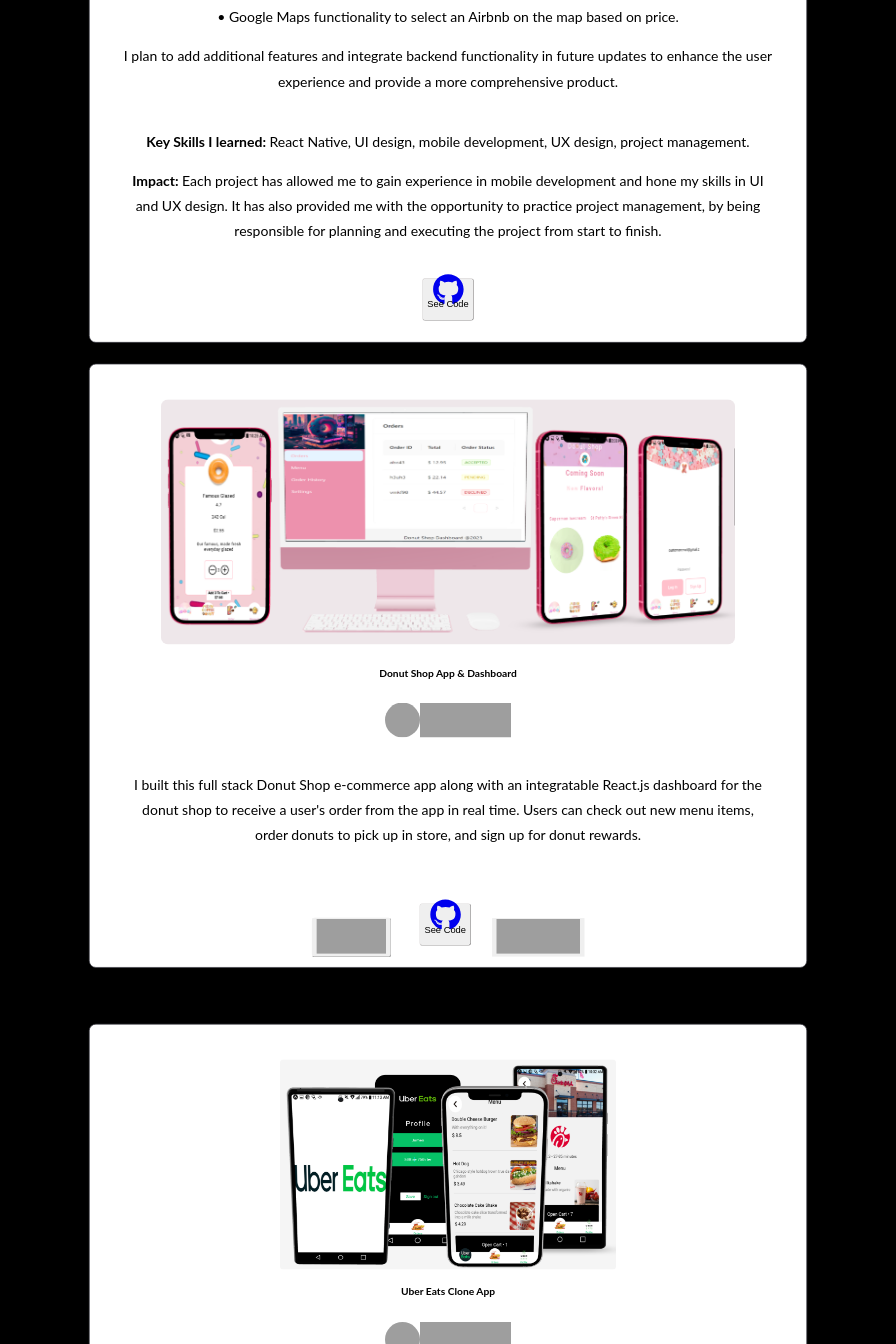
Repository: JamesPesenti/portfolio
Page: /
These files come from the project's save history. The page is drawn as it stood at one moment and after the next save; the edit follows.
The browser window is 1280 px wide. The pictures show the part of the page from y = 2312 to 4232 px (the page is 6929 px tall), at 70% of full size.
Pictures or frames that could not be fetched are drawn as grey boxes. The project was rebuilt for these pictures with package versions that can differ from the ones it lists, and the page was loaded fresh each time. Imported but missing from the stored project, and not drawn on this page: src/Components/James Pesenti Resume 2023.pdf.

Above is the page before, as saved 2023-05-05 17:10:29.

### public/index.html
<!DOCTYPE html>
<html lang="en">
  <head>
    <meta charset="utf-8" />
    <link rel="" href="" />
    <meta name="viewport" content="width=device-width, initial-scale=1" />
    <meta name="theme-color" content="#000000" />
    <meta name="description" content="James Pesenti Portfolio 2022" />
    <link rel="apple-touch-icon" href="" />
    <link rel="manifest" href="%PUBLIC_URL%/manifest.json" />

    <title>Portfolio 2023</title>

  </head>
  <body>
    <div id="root"></div>
  </body>
</html>

### src/Components/Scroll.jsx
import React from 'react'
import '../CSS/App.css';


const Scroll = () => {

  return (
    <>

        <div style={{marginBottom: 400, justifyContnent: 'center'}} id="section09" class="demo">
          <a href="#parallaxContainer">
            <span></span>
            Scroll down to see my work
          </a>
        </div>

    </>
  )
}

export default Scroll

### src/Components/MyProjects.jsx
import UberGoogleButton from "../Components/UberGoogleButton"
import AstonGoogleButton from "./AstonGoogleButton"
import AstonAppleButton from "./AstonAppleButton"
import BarceGoogleButton from "../Components/BarceGoogleButton"
import BarceAppleButton from "./BarceAppleButton"
import { FaGithub } from "react-icons/fa";

const MyProjects = () => {
  return (

  <>
    <div id="parallaxContainer">

    {/* Airbnb Clone */}
    <div style={{ justifyContent: 'center', alignItems: 'center',  width: "80%", borderRadius: 10}} className="box">
            <div>
                <img style={{ borderRadius: 10, marginTop: 50, marginBottom: -35, width: "48%", height: 350, transition: ".7s", }} src="images/mockrocket-capture (11).png" />
            </div>
            <h4 style={{textAlign: 'center'}}>Airbnb Clone App</h4>
                <div style={{flexDirection: "row", padding: 10, borderRadius: 10, marginBottom: -40,}}>
                  <img style={{width: 50, height: 50, borderRadius: 50}} src="https://i.pinimg.com/originals/8a/02/1a/8a021aa097236b42dd71fb731e3d894d.gif"/>
                  <img style={{width: 80, height: 50, }} src="https://www.datocms-assets.com/45470/1631026680-logo-react-native.png"  />
                  {/* <img style={{width: 50, height: 50, }} src="https://pbs.twimg.com/profile_images/1114309924551417856/FKA4cm2x_400x400.png"  /> */}
                </div>
            <p style={{fontSize: 20, textAlign: 'center', padding: 40, marginBottom: -50}}>I created a mobile app clone of the popular Airbnb platform using React Native. Currently, the project includes a functional UI that mimics the 2022 Airbnb interface, with features such as</p>
            <p style={{fontSize: 20, textAlign: 'center', padding: 0}}>&#8226; Google autocomplete search</p>
            <p style={{fontSize: 20, textAlign: 'center', padding: 0,}}>&#8226; Property detail screens</p>
            <p style={{fontSize: 20, textAlign: 'center', padding: 0}}>&#8226; Image carousel with pagination</p>
            <p style={{fontSize: 20, textAlign: 'center', padding: 0}}> &#8226; Google Maps functionality to select an Airbnb on the map based on price.</p>
            <p style={{fontSize: 20, textAlign: 'center', padding: 0}}>I plan to add additional features and integrate backend functionality in future updates to enhance the user experience and provide a more comprehensive product.</p>
            <p style={{fontSize: 20, textAlign: 'center', padding: 30, marginBottom: -80}}><b> Key Skills I learned: </b>React Native, UI design, mobile development, UX design, project management.</p>
            <p style={{fontSize: 20, textAlign: 'center', padding: 50}}><b> Impact: </b> Each project has allowed me to gain experience in mobile development and hone my skills in UI and UX design. It has also provided me with the opportunity to practice project management, by being responsible for planning and executing the project from start to finish.</p>

            <div style={{flexDirection: "row"}}>
                {/* <UberGoogleButton  /> */}
                <button style={{marginTop: 10}} type="button" className="codeButton">
                  <a href="https://github.com/JamesPesenti/Airbnb" target="_blank" rel="noopener noreferrer">
                    <FaGithub  size={45} style={{ marginTop: -80, marginBottom: -25, justifyContent: "center", textAlign: "center"}} />
                  </a>
                  <p>See Code</p>
                </button>
                {/* <AstonAppleButton  /> */}
            </div>

        </div>


     {/* Donut Shop App */}
     <div style={{marginTop: 30, marginBottom: 20, justifyContent: 'center', alignItems: 'center',  width: "80%", borderRadius: 10}} className="box">
            <div>
                <img style={{ borderRadius: 10, marginTop: 50, width: "80%", height: 350, transition: ".7s", }} src="/images/appAndDashMock.png" />
            </div>
            <h4 style={{textAlign: 'center'}}>Donut Shop App & Dashboard</h4>
                <div style={{flexDirection: "row", padding: 10, borderRadius: 10, marginBottom: -40,}}>
                  <img style={{width: 50, height: 50, borderRadius: 50}} src="https://i.pinimg.com/originals/8a/02/1a/8a021aa097236b42dd71fb731e3d894d.gif"/>
                  <img style={{width: 80, height: 50, }} src="https://www.datocms-assets.com/45470/1631026680-logo-react-native.png"  />
                  <img style={{width: 50, height: 50, }} src="https://pbs.twimg.com/profile_images/1114309924551417856/FKA4cm2x_400x400.png"  />
                </div>
            <p style={{fontSize: 20,textAlign: 'center', padding: 50}}>I built this full stack Donut Shop e-commerce app along with an integratable React.js dashboard for the donut shop to receive a user's order from the app in real time. Users can check out new menu items, order donuts to pick up in store, and sign up for donut rewards.</p>

            <div style={{flexDirection: "row"}}>
                <UberGoogleButton  />
                <button style={{marginTop: 40}} type="button" className="codeButton">
                  <a href="https://github.com/JamesPesenti/Donut_Shop" target="_blank" rel="noopener noreferrer">
                    <FaGithub  size={45} style={{ marginTop: -80, marginBottom: -25, justifyContent: "center", textAlign: "center"}} />
                  </a>
                  <p>See Code</p>
                </button>
                <AstonAppleButton  />
            </div>

        </div>


    {/* Uber Eats App */}
    <div style={{marginTop: 80, marginBottom: 60, justifyContent: 'center', alignItems: 'center',  width: "80%", borderRadius: 10}} className="box">
            <div className="imgWrapper" style={{width: 480, height: 350}}>
                <img style={{ borderRadius: 5, marginTop: 50, width: "100%", height: 300, transition: ".7s", }} src="/images/UberEatsLast.png" />
            </div>
            <h4 style={{textAlign: 'center'}}>Uber Eats Clone App</h4>
                <div style={{flexDirection: "row", padding: 10, borderRadius: 10, marginBottom: -40,}}>
                  <img style={{width: 50, height: 50, borderRadius: 50}} src="https://i.pinimg.com/originals/8a/02/1a/8a021aa097236b42dd71fb731e3d894d.gif"/>
                  <img style={{width: 80, height: 50, }} src="https://www.datocms-assets.com/45470/1631026680-logo-react-native.png"  />
                  <img style={{width: 50, height: 50, }} src="https://pbs.twimg.com/profile_images/1114309924551417856/FKA4cm2x_400x400.png" />
                </div>
            <p style={{fontSize: 20,textAlign: 'center', padding: 50}}>A full stack React Native app inspired by the UberEats user app. I utilized AWS Amplify's datastore to configure the back-end to query and save customer's orders and used Amazon Cognito for user registration, authentication, & account recovery.</p>

            <div style={{flexDirection: "row"}}>
                <UberGoogleButton  />
                <button style={{marginTop: 40}} type="button" className="codeButton">
                  <a href="https://github.com/JamesPesenti/UberEatsClone" target="_blank" rel="noopener noreferrer">
                    <FaGithub  size={45} style={{ marginTop: -80, marginBottom: -20, justifyContent: "center", textAlign: "center"}} />
                  </a>
                  <p>See Code</p>
                </button>
                <AstonAppleButton  />
            </div>

        </div>


     {/* Aston Waikiki App */}
       <div style={{marginTop: 80, marginBottom: 120, justifyContent: 'center', alignItems: 'center',  width: "80%", borderRadius: 10}} className="box">
            <div className="imgWrapper" style={{width: 450, height: 350}}>
                <img style={{ marginTop: 50, width: "100%", height: "auto", transition: ".7s", }} src="/images/astonmock.png" />
            </div>
            <h4 style={{textAlign: 'center'}}>Aston Waikiki Hotel UI</h4>
                <div style={{flexDirection: "row", padding: 10, borderRadius: 10, marginBottom: -40,}}>
                  <img style={{width: 50, height: 50, borderRadius: 50}} src="https://i.pinimg.com/originals/8a/02/1a/8a021aa097236b42dd71fb731e3d894d.gif"/>
                  <img style={{width: 80, height: 50, }} src="https://www.datocms-assets.com/45470/1631026680-logo-react-native.png"  />
                </div>
            <p style={{fontSize: 20,textAlign: 'center', padding: 50}}>A React Native UI design I created to reimagine the hotel Aston Waikiki Beach's website into a cross platform mobile app. I used most of the content and images from the current website and utilized both Bottom Tabs, Drawer navigation and other React Native libraries for a better user experience.</p>

            <div style={{flexDirection: "row"}}>
                <AstonGoogleButton  />
                <button style={{marginTop: 40}} type="button" className="codeButton">
                        <a href="https://github.com/JamesPesenti/AstonWaikikiBeachApp" target="_blank" rel="noopener noreferrer">
                            <FaGithub  size={45} style={{ marginTop: -80, marginBottom: -20, justifyContent: "center", textAlign: "center"}} />
                        </a>
                        <p>See Code</p>
                </button>
                <AstonAppleButton  />
            </div>

        </div>


    {/* Barcelona App */}
       <div style={{marginTop: 20, marginBottom: 120, justifyContent: 'center', alignItems: 'center',  width: "80%", borderRadius: 10}} className="box">
            <div className="imgWrapper" style={{width: 650, height: 300}}>
                <img style={{ marginTop: 30, width: "100%", height: 250, transition: ".7s", }} src="/images/barcelonamockup.png" />
            </div>
            <h4 style={{textAlign: 'center'}}>Barcelona Tourist App</h4>
                <div style={{flexDirection: "row", padding: 10, borderRadius: 10, marginBottom: -20,}}>
                <img style={{width: 80, height: 50,}} src="https://www.datocms-assets.com/45470/1631026680-logo-react-native.png"  />
                <img style={{width: 50, height: 50, borderRadius: 50}} src="https://i.pinimg.com/originals/8a/02/1a/8a021aa097236b42dd71fb731e3d894d.gif"/>
                </div>
            <p style={{fontSize: 20, textAlign: 'center', padding: 50}}>I created this React Native app for visitors of Barcelona Spain to save pictures and locations of their favorite places. I used pop-up modals for users to quickly get information on popular sights and used geolocation with google maps so users can save their location and select it on the map.</p>

            <div style={{flexDirection: "row"}}>
               <BarceAppleButton  />
                <button style={{marginTop: 40}} type="button" className="codeButton">
                        <a href="https://github.com/JamesPesenti/BarcelonaApp" target="_blank" rel="noopener noreferrer">
                            <FaGithub  size={45} style={{ marginTop: -80, marginBottom: -20, justifyContent: "center", textAlign: "center"}} />
                        </a>
                        <p>See Code</p>
                </button>
                <BarceGoogleButton  />
            </div>

        </div>

    {/* IAR React App */}
        {/* <div style={{marginBottom: 0, justifyContent: 'center', alignItems: 'center',  width: "80%", borderRadius: 10}} className="box">
            <img style={{ width: 600, height: 350, borderRadius: 10, borderWidth: 2, borderColor: "green"}} src="/images/innermock.png" />
            <h4 style={{textAlign: 'center'}}>Inner Aura Readings Website</h4>
            <div style={{flexDirection: "row", padding: 10, borderRadius: 10}}>
                <img src="https://www.logo.wine/a/logo/React_(web_framework)/React_(web_framework)-Logo.wine.svg" style={{width: 100, height: 50,}} />
                <img className="logoBox" src="https://cdn.pixabay.com/photo/2017/08/05/11/16/logo-2582747_1280.png" style={{width: 50, height: 50,}} />
            </div>
            <p style={{fontSize: 20, textAlign: 'center', padding: 50}}>This was the first official React.js web app that I developed. I made it for a friend who wanted to reach more customers with a mobile friendly website. I made multiple iterations and converted it into a PWA for offline operability with native like performance. </p>
            <button style={{marginTop: 0}} type="button" className="codeButton">
                        <a href="https://github.com/JamesPesenti/InnerAuraReadings2022" target="_blank" rel="noopener noreferrer">
                            <FaGithub  size={45} style={{ marginTop: -80, marginBottom: -20, justifyContent: "center", textAlign: "center"}} />
                        </a>
                        <p>See Code</p>
            </button>

        </div> */}


{/* REapp */}
        {/* <div style={{marginBottom: 100, justifyContent: 'center', alignItems: 'center',  width: "80%", borderRadius: 10,}} className="box">
        <img style={{marginTop: 50, width: 800, height: 350, borderRadius: 10, borderWidth: 2, borderColor: "green"}} src="/images/remockup.png" />
            <h4 style={{textAlign: 'center'}}>Real Estate Listing Website </h4>
            <div style={{flexDirection: "row", padding: 10, borderRadius: 10}}>
                <img src="https://www.logo.wine/a/logo/React_(web_framework)/React_(web_framework)-Logo.wine.svg" style={{width: 100, height: 50,}} />
                <img src="https://img.icons8.com/color/480/cloud-firestore.png" style={{width: 50, height: 50,}} />
                <img src="https://raw.githubusercontent.com/JamesPesenti/RealEstateApp/16b046b3d34b4a26468627e906dc503be8911b73/src/assets/svg/googleIcon.svg" style={{marginBottom: 8, width: 100, height: 30,}} />
            </div>
            <p style={{fontSize: 20, textAlign: 'center', padding: 50}}>Real Estate listing website built with React, FireStore database and Google OAuth to sign in with a google account. You can search listings for rent/sale and login to your account to create a listing and save offers. Inspiration and back-end code taken from Brad Traversey's React course I took on Udemy.</p>
            <button style={{marginTop: 40}} type="button" className="codeButton">
                        <a href="https://github.com/JamesPesenti/RealEstateApp" target="_blank" rel="noopener noreferrer">
                            <FaGithub  size={45} style={{ marginTop: -80, marginBottom: -20, justifyContent: "center", textAlign: "center"}} />
                        </a>
                        <p>See Code</p>
            </button>
        </div> */}

    </div>


    </>
  )
}

export default MyProjects

### src/Components/AstonAppleButton.jsx
import React from 'react'

const AstonAppleButton = () => {
  return (
    <>
    <button type="submit" style={{marginLeft: 30, borderWidth: 0,}}  >
        <a href="">
            <img style={{width: 120, height: 50, borderRadius: 0}} src="https://images.squarespace-cdn.com/content/v1/5b549a7f3c3a53487c250f58/1597439116255-P7ME5MNOIWQLJS1X4CPP/Apple+App+Store+Logo+Button.png"/>
        </a>
    </button>
    </>
  )
}

export default AstonAppleButton

Loaded but not shown: src/index.js (common file); src/reportWebVitals.js (common file); src/serviceWorkerRegistration.js (137 lines, source omitted); src/App.js (33 lines, source omitted); src/CSS/App.css (351 lines, source omitted); src/CSS/index.css (197 lines, source omitted); src/Components/Navbar.jsx (44 lines, source omitted); src/Components/AboutMe.jsx (24 lines, source omitted); src/Components/UberGoogleButton.jsx (16 lines, source omitted); src/Components/BarceGoogleButton.jsx (16 lines, source omitted); src/Components/AstonGoogleButton.jsx (16 lines, source omitted); src/Components/BarceAppleButton.jsx (15 lines, source omitted)

After the next save:
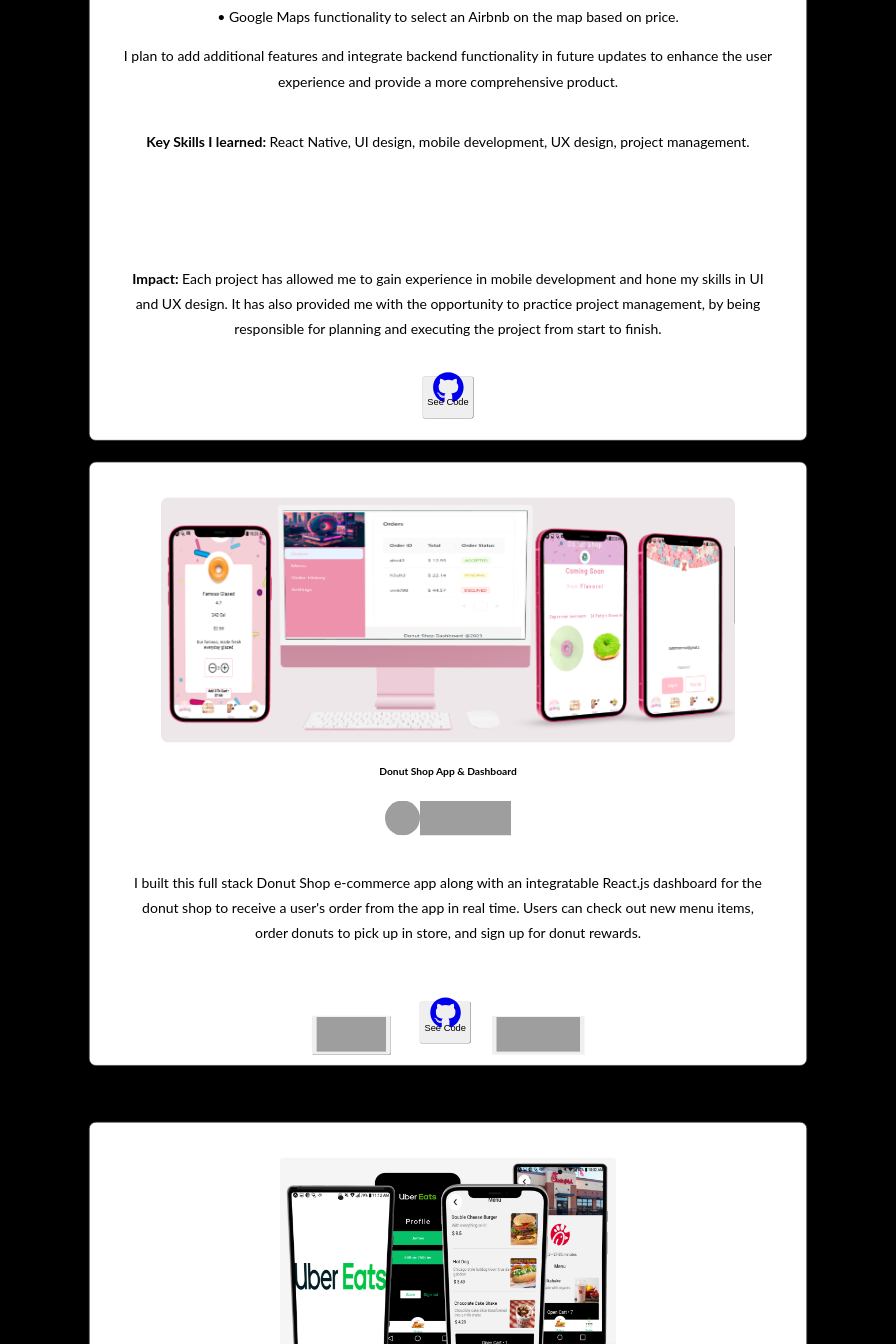
Saved 45 s later.
--- a/src/Components/MyProjects.jsx
+++ b/src/Components/MyProjects.jsx
@@ -28,7 +28,7 @@
             <p style={{fontSize: 20, textAlign: 'center', padding: 0}}>&#8226; Image carousel with pagination</p>
             <p style={{fontSize: 20, textAlign: 'center', padding: 0}}> &#8226; Google Maps functionality to select an Airbnb on the map based on price.</p>
             <p style={{fontSize: 20, textAlign: 'center', padding: 0}}>I plan to add additional features and integrate backend functionality in future updates to enhance the user experience and provide a more comprehensive product.</p>
-            <p style={{fontSize: 20, textAlign: 'center', padding: 30, marginBottom: -80}}><b> Key Skills I learned: </b>React Native, UI design, mobile development, UX design, project management.</p>
+            <p style={{fontSize: 20, textAlign: 'center', padding: 30, marginBottom: 80}}><b> Key Skills I learned: </b>React Native, UI design, mobile development, UX design, project management.</p>
             <p style={{fontSize: 20, textAlign: 'center', padding: 50}}><b> Impact: </b> Each project has allowed me to gain experience in mobile development and hone my skills in UI and UX design. It has also provided me with the opportunity to practice project management, by being responsible for planning and executing the project from start to finish.</p>
 
             <div style={{flexDirection: "row"}}>

After the save that followed:
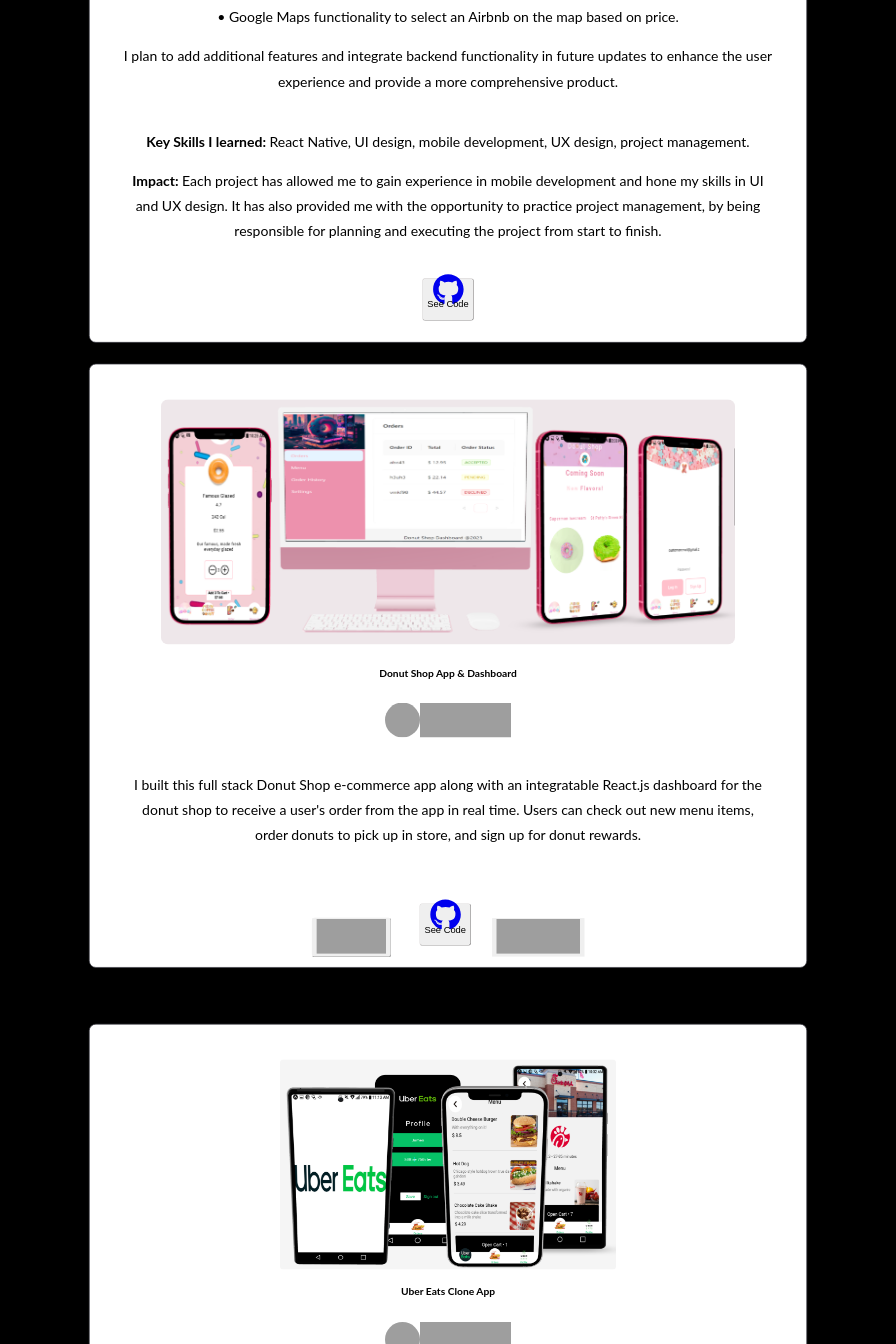
Saved 6 s later.
--- a/src/Components/MyProjects.jsx
+++ b/src/Components/MyProjects.jsx
@@ -28,7 +28,7 @@
             <p style={{fontSize: 20, textAlign: 'center', padding: 0}}>&#8226; Image carousel with pagination</p>
             <p style={{fontSize: 20, textAlign: 'center', padding: 0}}> &#8226; Google Maps functionality to select an Airbnb on the map based on price.</p>
             <p style={{fontSize: 20, textAlign: 'center', padding: 0}}>I plan to add additional features and integrate backend functionality in future updates to enhance the user experience and provide a more comprehensive product.</p>
-            <p style={{fontSize: 20, textAlign: 'center', padding: 30, marginBottom: 80}}><b> Key Skills I learned: </b>React Native, UI design, mobile development, UX design, project management.</p>
+            <p style={{fontSize: 20, textAlign: 'center', padding: 30, marginBottom: -80}}><b> Key Skills I learned: </b>React Native, UI design, mobile development, UX design, project management.</p>
             <p style={{fontSize: 20, textAlign: 'center', padding: 50}}><b> Impact: </b> Each project has allowed me to gain experience in mobile development and hone my skills in UI and UX design. It has also provided me with the opportunity to practice project management, by being responsible for planning and executing the project from start to finish.</p>
 
             <div style={{flexDirection: "row"}}>
